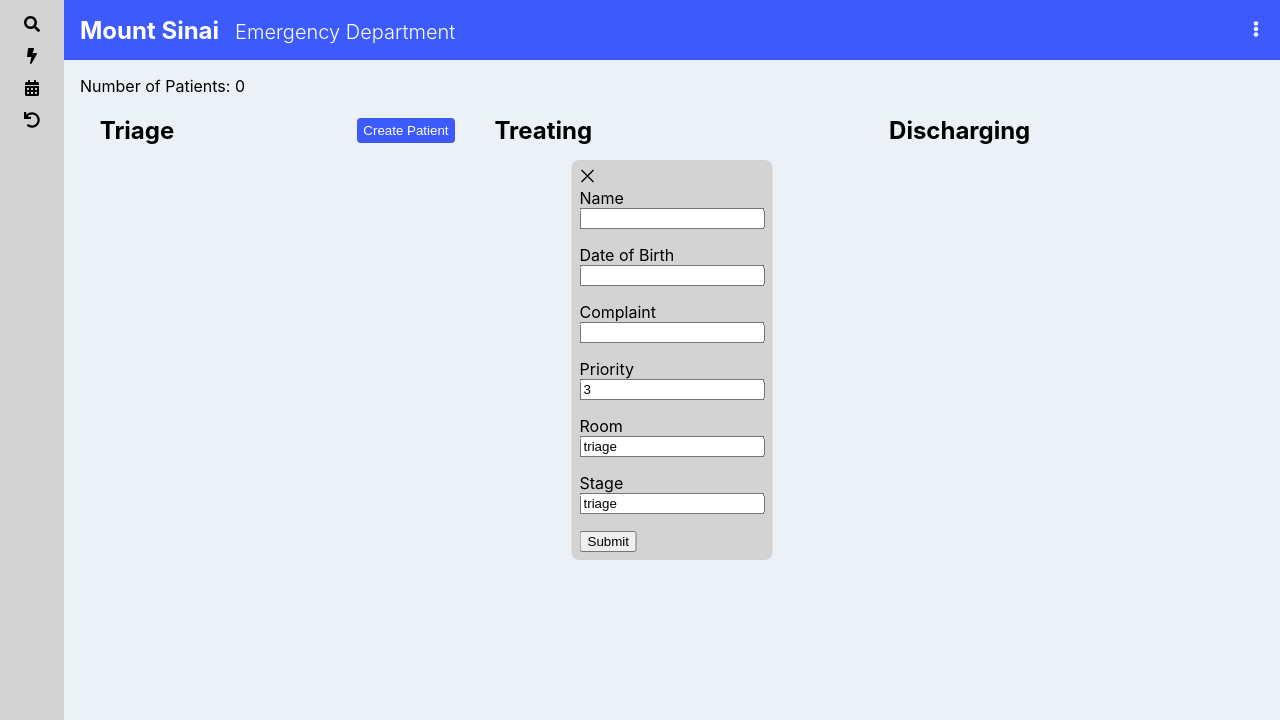
Repository: kosenijr/triage-app
Page: /, after clicking the first element matching `button.App_61351_triage-header-button`
An editor plug-in stored every save of this project. The page is shown before and after the next save, followed by the edit.
The browser window is 1280 px wide. The pictures show the whole page.
The page's requests for data from a server got no answer. The project was rebuilt for these pictures with package versions that can differ from the ones it lists, and the page was loaded fresh each time. No one was signed in, and anything a server would have sent is missing. Also part of the build but not shown: src/styles/PatientCard.module.css, src/components/PatientCard.js.

Above is the page before, as saved 2022-11-17 12:53:36.

After the next save:
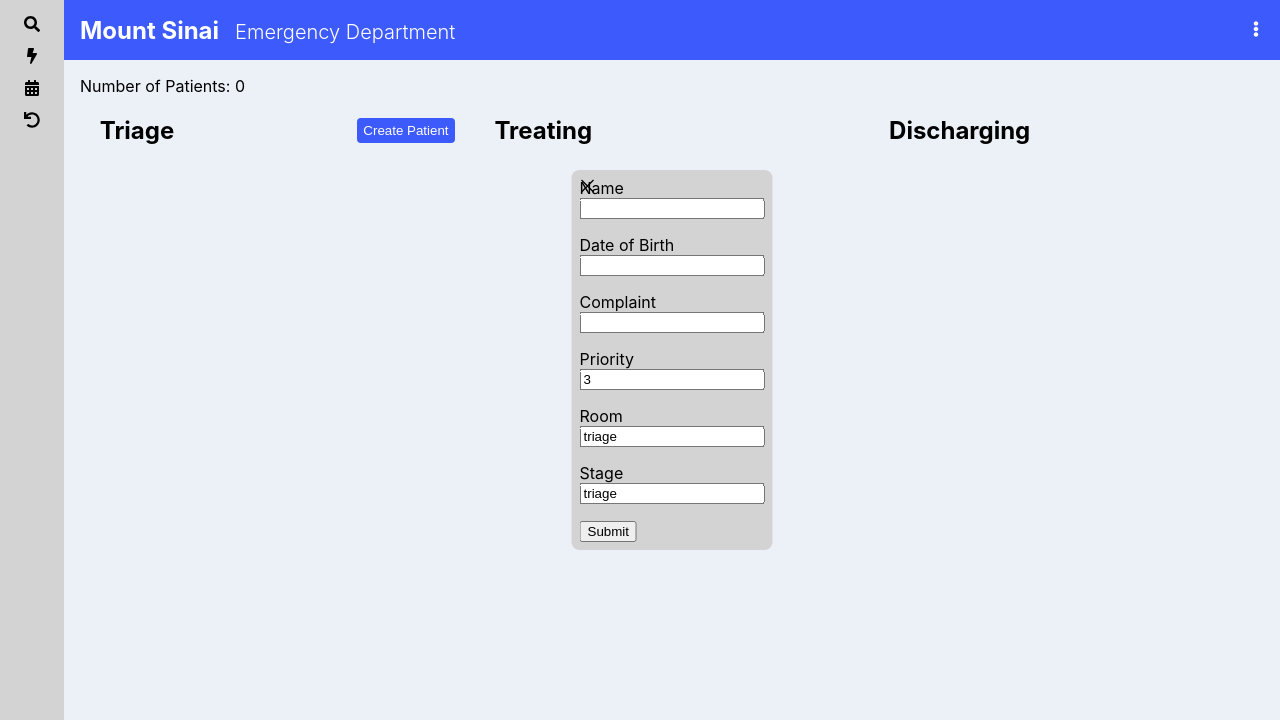
Saved 4 s later.
--- a/src/styles/Modal.module.css
+++ b/src/styles/Modal.module.css
@@ -18,5 +18,6 @@
 .cancel-modal {
   cursor: pointer;
   align-items: right;
-  position
+  position: absolute;
+
 }
